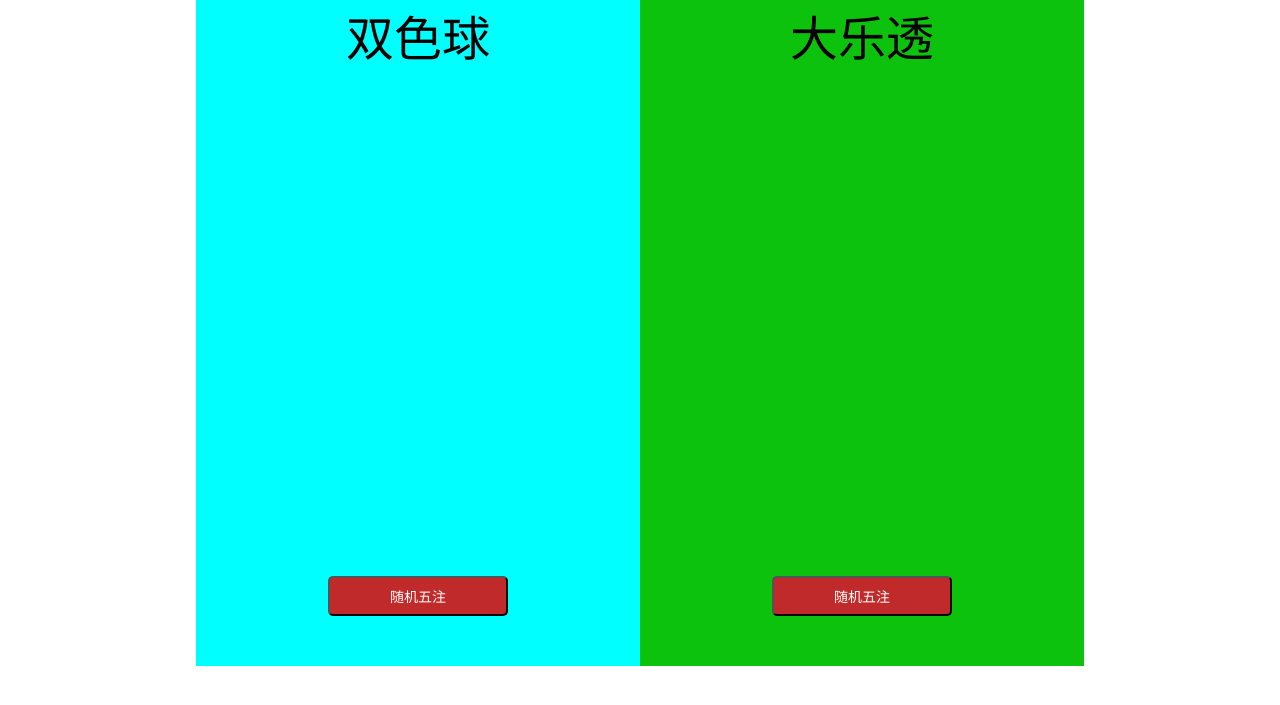
Repository: yz1181214391/caipiao-demo
Page: Cp.html
An editor plug-in stored every save of this project. The page is shown before and after the next save, followed by the edit.
The browser window is 1280 px wide. The pictures show the whole page.

Above is the page before, as saved 2020-12-14 11:07:06.

### Cp.html
<!DOCTYPE html>
<html lang="en">
<head>
    <meta charset="UTF-8">
    <meta name="viewport" content="width=device-width, initial-scale=1.0">
    <title>彩票</title>
</head>
<style type="text/css">
    html,body {margin: 0;padding: 0;height: 100%;width: 100%;}
    a {text-decoration: none;}
    body,div,dl,dt,dd,ul,ol,li,h1,h2,h3,h4,h5,h6,pre,form,fieldset,input,textarea,p,blockquote,th,td {margin: 0;padding: 0;}
    table {border-collapse: collapse;border-spacing: 0;}
    fieldset,img {border: 0;}
    address,caption,cite,code,dfn,em,strong,th,var {font-style: normal;font-weight: normal;}
    ol,ul {list-style: none;}
    caption,th {text-align: left;}
    h1,h2,h3,h4,h5,h6 {font-size: 100%;font-weight: normal;}
    q:before,q:after {content: '';}
    abbr,acronym {border: 0;}
    body{
        font-family: "Chinese Quote", -apple-system, BlinkMacSystemFont, "Segoe UI", "PingFang SC", "Hiragino Sans GB", "Microsoft YaHei", "Helvetica Neue", Helvetica, Arial, sans-serif, "Apple Color Emoji", "Segoe UI Emoji", "Segoe UI Symbol";
    }

    .box{
        margin: 0 auto;
        width: 888px;
        height: 666px;
        display: flex;
        flex-direction: row;
    }
    .cp-flex{
        display: flex;
        flex-direction: column;
        align-items: center;
    }
    .cp-font{
        font-size: 48px;
        font-family: "Times New Roman", Times, serif;
    }
    .ssq-box{
        width: 100%;
        background-color: aqua;
    }
    .dlt-box{
        width: 100%;
        background-color: rgb(13, 194, 13);
    }

    .content {
        height: 66%;
        padding-top: 66px;
        text-align: center;
    }
    .context {
        margin: 20px 0;
    }
    .context span {
        display: inline-block;
        width: 30px;
        height: 30px;
        line-height: 30px;
        font-size: 14px;
        border-radius: 50%;
        color: #fff;
        background: rgba(192, 42, 42, 1);
        margin-right: 15px;
    }
    .context span:nth-child(5) {
        margin-right: 30px;
    }
    .context span:nth-child(7) {
        margin-right: 0;
    }
    .context span:nth-child(6),.context span:nth-child(7) {
        background: rgba(47, 40, 153, 1);
    }
    .button {
        width: 100%;
    }
    .button input {
        width: 180px;
        height: 40px;
        line-height: 40px;
        display: block;
        margin: 0 auto;
        background: rgba(192, 42, 42, 1);
        color: #fff;
        font: normal 400 14px '微软雅黑';
        border-radius: 5px;
        outline: none;
    }
</style>
<body>
    <div class="box">
        <div class="ssq-box cp-flex">
            <h3 class="cp-font">双色球</h3>
            <div class="content"></div>
            <div class="button">
                <input type="button" value="随机五注" onclick="fiveNumStr1()">
            </div>
        </div>
        <div class="dlt-box cp-flex">
            <h3 class="cp-font">大乐透</h3>
            <div class="content"></div>
            <div class="button">
                <input type="button" value="随机五注" onclick="fiveNumStr()">
            </div>
        </div>
    </div>
</body>
<script>
    // 定义 randomNumber方法, 随机输出数组
    function randomNumber(num) {
      // 定义 strArr方法, 生成数组
      function strArr(num) {
          var numberAarry = []
          for (var i = 0; i < num; i++) {
              numberAarry[i] = i + 1
          }
          return numberAarry
      }
      // 获得数组
      var numberAarry = strArr(num)
      // 将数组元素随机排序
      numberAarry.sort(function () {
          return 0.5 - Math.random()
      })
      // 小于10，前面加0
      for (var i = 0; i < numberAarry.length; i++) {
          if (numberAarry[i] < 10) {
              numberAarry[i] = '0' + numberAarry[i]
          } else {
              numberAarry[i] = String(numberAarry[i])
          }
      }
      return numberAarry
  }

    // 用 fiveIsClick 限制用户频繁点击按钮
    var fiveIsClick = true
  function fiveNumStr() {
      if (fiveIsClick) {
          // 设为false, 不可再次点击
          fiveIsClick = false
          var content = document.getElementsByClassName('content')[0]
          var innerText = content.getElementsByClassName('context')
          var ulNode = content.getElementsByTagName('ul')[0]
          // 先删除已创建的ul及其字节点, 再新增
          // 为什么要删除再添加节点呢, 是因为不增删节点只改变数字虽然渲染更快, 但是区别太小, 失去了动态效果
          // 当然, 如果你不需要删除再添加节点也行, 以下代码稍改动一下就好了
          if (ulNode) {
              content.removeChild(ulNode)
          }
          var ul = document.createElement('ul')
          // 用ul节点长度判断是否存在ul
          var ulLength = content.getElementsByTagName('ul').length
          var index = 0
          // 计时器，每隔0.5秒新增一组
          var interval = setInterval(function() {
              index ++
              if (ulLength < 1) {
                  var li = document.createElement('li')
                  li.setAttribute('class','context')
                  ul.appendChild(li)
                  content.appendChild(ul)
                  // 遍历li节点
                  var context = document.getElementsByClassName('context')[index - 1]
                  // 得到顺序被打乱的前区35个数字数组
                  var randomLeft = randomNumber(35)
                  // 大乐透前区数组
                  var leftNum = [randomLeft[0], randomLeft[1], randomLeft[2], randomLeft[3], randomLeft[4]]
                  // 从小到大排序
                  leftNum.sort(function (a, b) {
                      return a - b
                  })
                  // 得到顺序被打乱的后区12个数字数组
                  var randomRight = randomNumber(12)
                  // 大乐透后区数组
                  var rightNum = [randomRight[0], randomRight[1]]
                  rightNum.sort(function (a, b) {
                      return a - b // 从小到大排序
                  })
                  // 节点模版，用于给每个球添加样式
                  var spanNode = "<span>" + leftNum[0] + "</span>" + "<span>" + leftNum[1] + "</span>" + "<span>" + leftNum[2] + "</span>"
                      + "<span>" + leftNum[3] + "</span>" + "<span>" + leftNum[4] + "</span>" + "<span>" + rightNum[0] + "</span>" + "<span>" + rightNum[1] + "</span>"
                  // 节点已添加，再添加spanNode节点模版
                  context.innerHTML = spanNode
                  // li节点数量达到5个，就停止计时器
                  if (index >= 5) {
                      clearInterval(interval)
                  }
              }
          }, 500)
          // 阻止按钮重复点击，间隔3秒
          setTimeout(function() {
              fiveIsClick = true
          }, 3000)
      }
  }
</script>
</html>

After the next save:
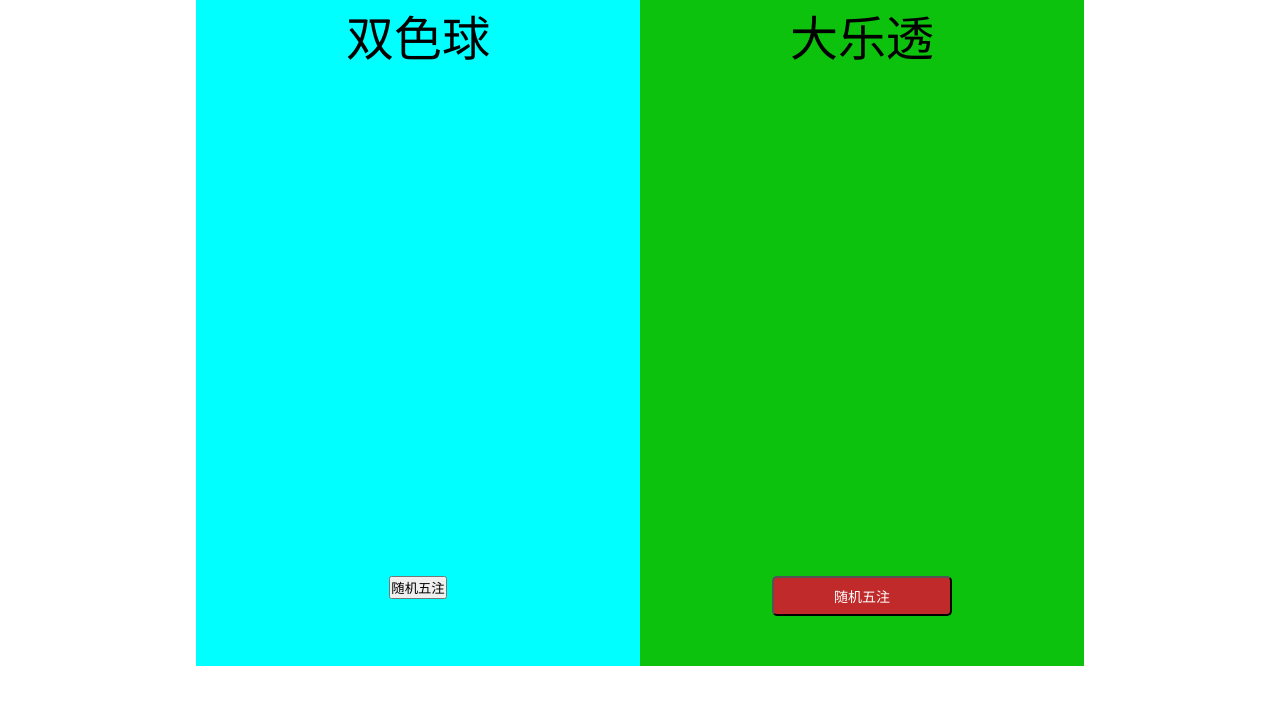
Saved 31 s later.
--- a/Cp.html
+++ b/Cp.html
@@ -95,7 +95,7 @@
         <div class="ssq-box cp-flex">
             <h3 class="cp-font">双色球</h3>
             <div class="content"></div>
-            <div class="button">
+            <div class="button1">
                 <input type="button" value="随机五注" onclick="fiveNumStr1()">
             </div>
         </div>
